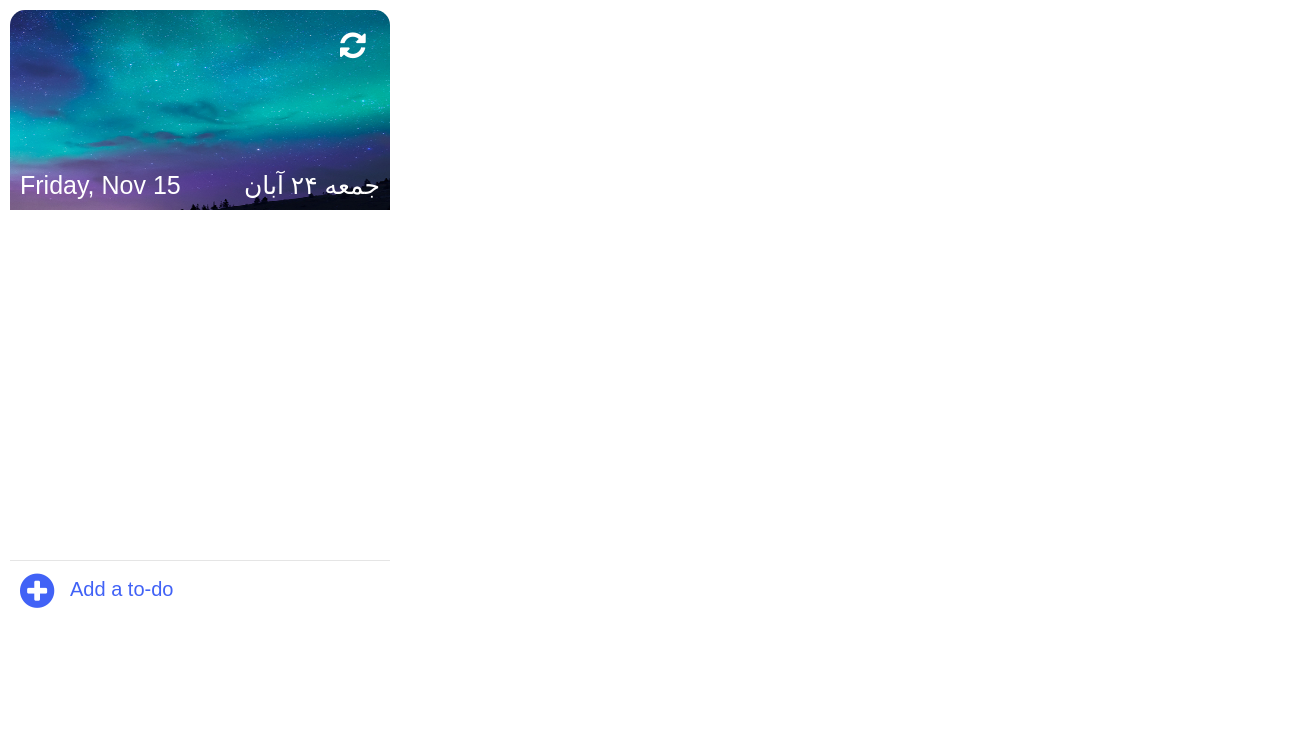
Repository: abouzarSoleymani/todo-js
Page: index.html
These files come from the project's save history. The page is drawn as it stood at one moment and after the next save; the edit follows.
The browser window is 1280 px wide. The page is 1300 px wide, so the pictures cover 1300 px, including what lies to the right of the window. The pictures show the whole page.

Above is the page before, as saved 2019-11-15 13:46:26.

After the next save:
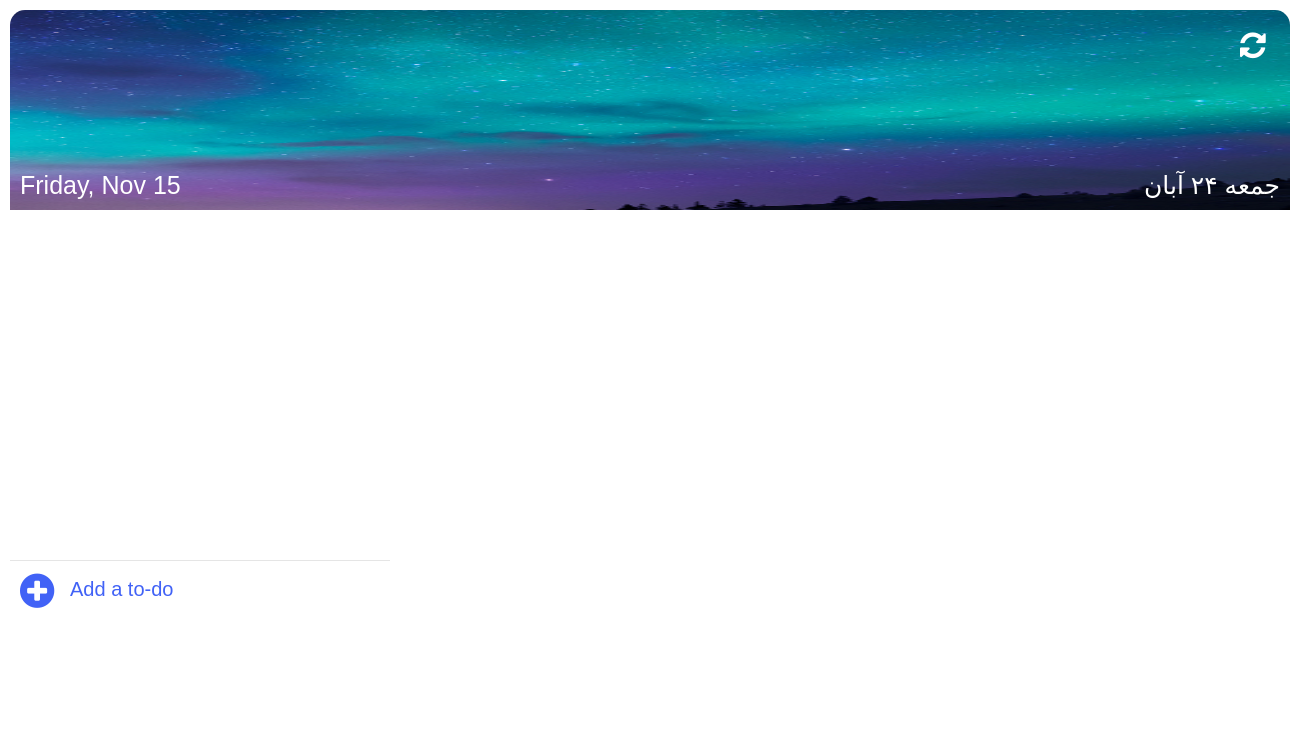
Saved 15 s later.
--- a/css/style.css
+++ b/css/style.css
@@ -17,7 +17,7 @@ body{
 
 /* ------------ header ------------ */
 .header{
-    width: 380px;
+    width: 100%;
     height:200px;
     background-image: url('../img/bg2.jpg');
     background-size: 100% 200%;
